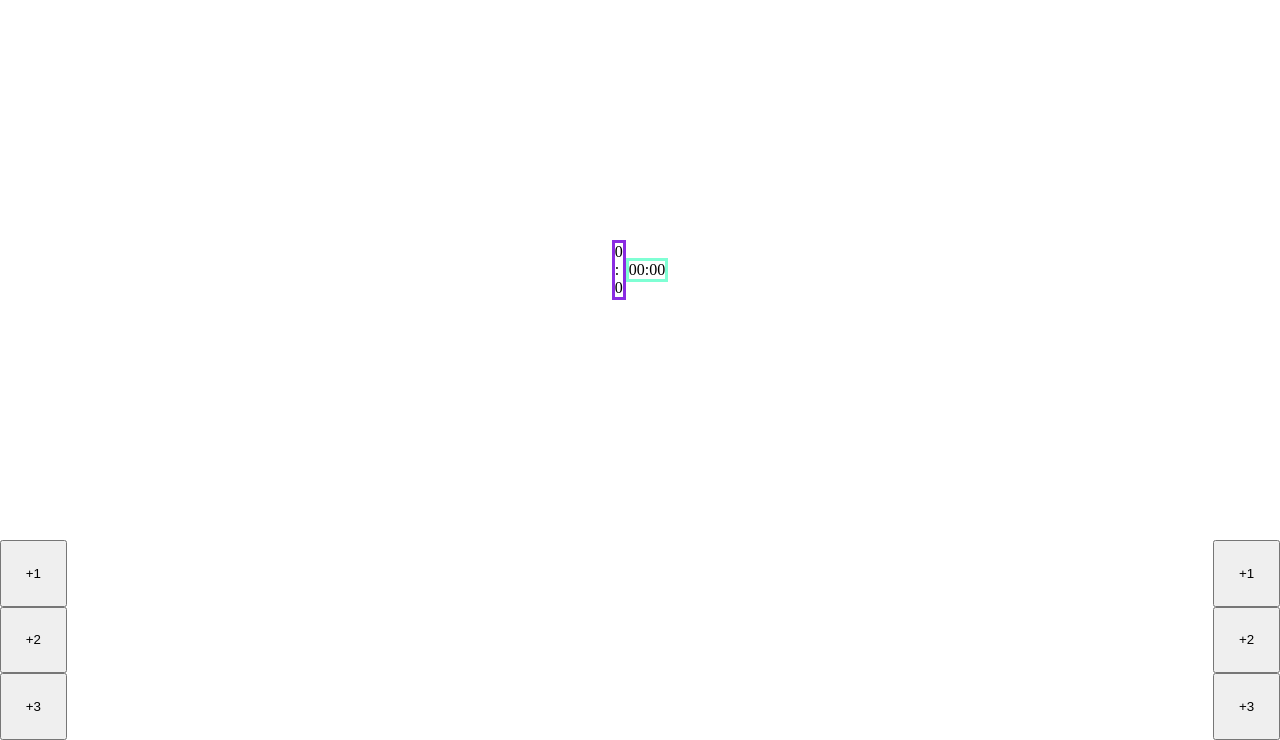
Repository: bollo89/scoreBoard
Page: index.html
These files come from the project's save history. The page is drawn as it stood at one moment and after the next save; the edit follows.
The browser window is 1280 px wide. The pictures show the whole page.

Above is the page before, as saved 2022-01-25 11:14:11.

After the next save:
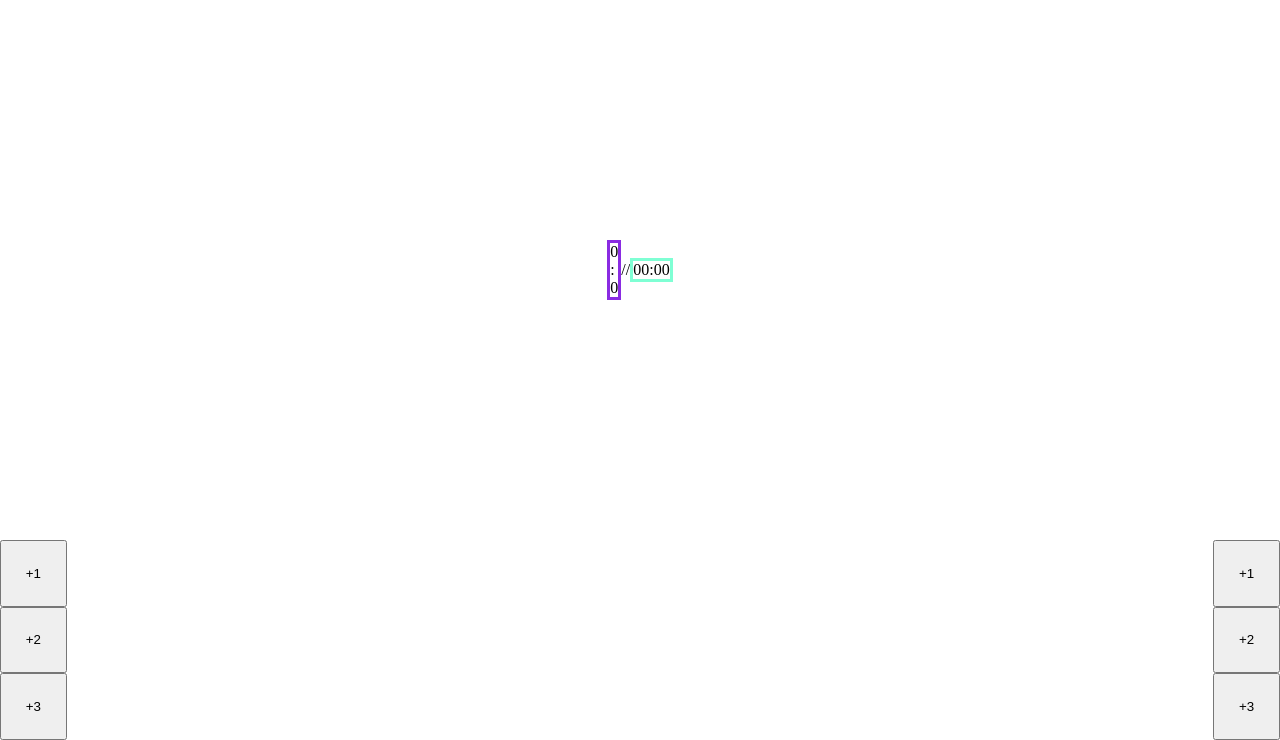
Saved 22 s later.
--- a/index.html
+++ b/index.html
@@ -14,7 +14,7 @@
             <div class="colon">:</div>
             <div class="away"></div>
         </div>
-        <div class="timer">00:00</div>
+        //<div class="timer">00:00</div>
     </section>
     <section class="menu">
         <section class="btnsH">
